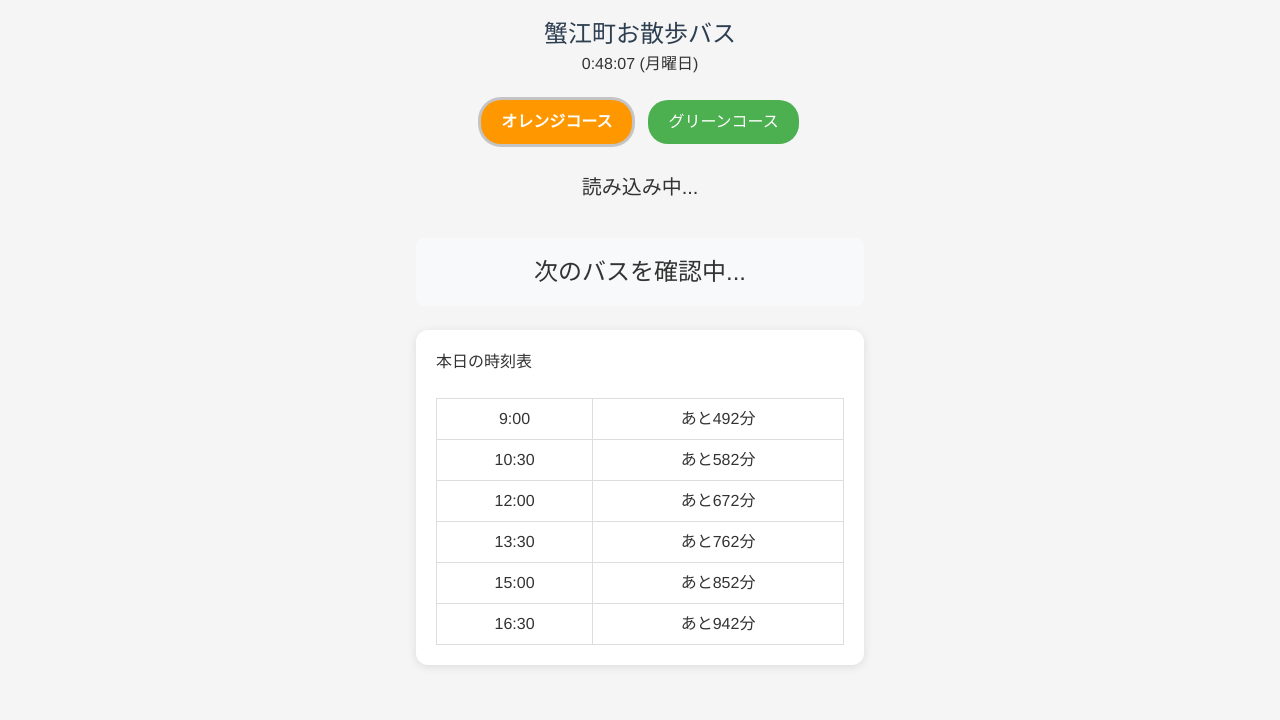
Repository: nagipan777/osanpobus-ver3
Page: / (app in nextjs-app/)
An editor plug-in stored every save of this project. The page is shown before and after the next save, followed by the edit.
The browser window is 1280 px wide. The pictures show the whole page.
The page's requests for data from a server got no answer. The project was rebuilt for these pictures with package versions that can differ from the ones it lists, and the page was loaded fresh each time. The framework's server and built-in components were replaced by stand-ins that run in the browser. No one was signed in, and anything a server would have sent is missing. Also part of the build but not shown: nextjs-app/next.config.ts.

Above is the page before, as saved 2025-03-10 16:07:24.

After the next save:
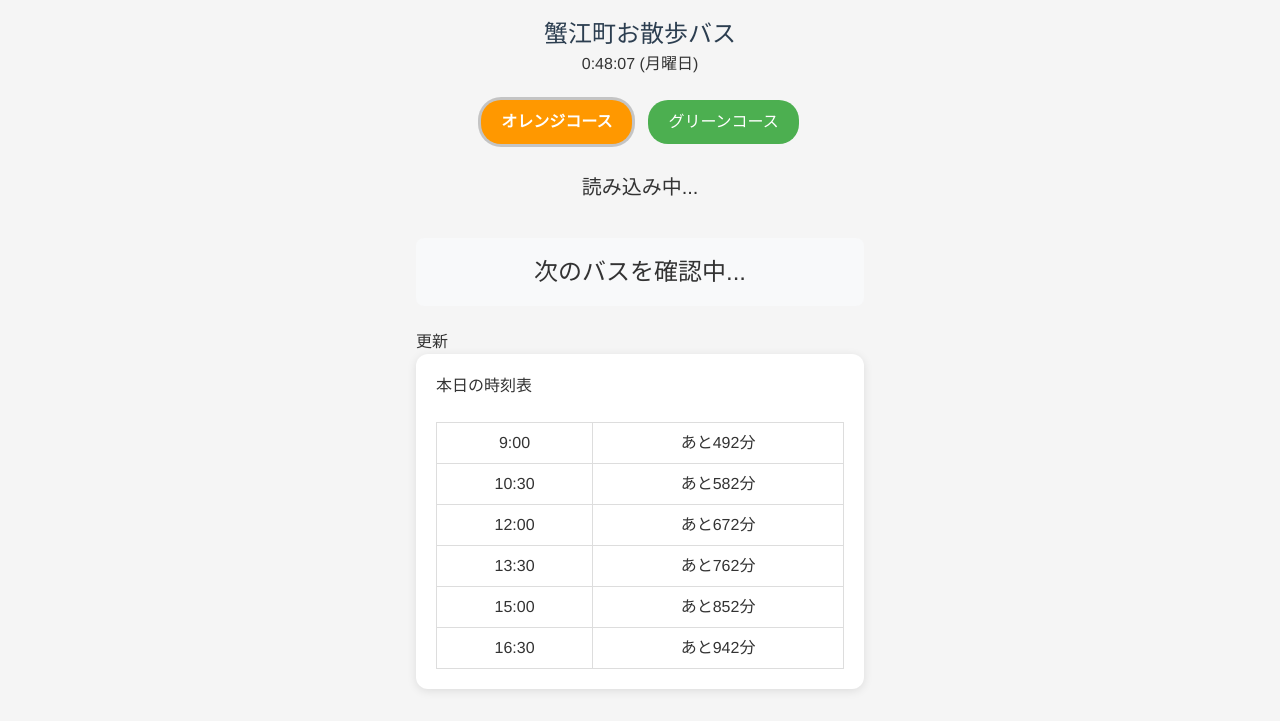
Saved 7 s later.
--- a/nextjs-app/app/components/StatusDisplay.tsx
+++ b/nextjs-app/app/components/StatusDisplay.tsx
@@ -4,9 +4,10 @@ interface StatusDisplayProps {
   operatingStatus: string;
   nextBusDeparture: string | null;
   minutesToNextBus: number | null;
+  onUpdate: () => void;
 }
 
-const StatusDisplay: React.FC<StatusDisplayProps> = ({ operatingStatus, nextBusDeparture, minutesToNextBus }) => {
+const StatusDisplay: React.FC<StatusDisplayProps> = ({ operatingStatus, nextBusDeparture, minutesToNextBus, onUpdate }) => {
   let statusText = '';
   let nextBusText = '';
 
@@ -32,6 +33,7 @@ const StatusDisplay: React.FC<StatusDisplayProps> = ({ operatingStatus, nextBusD
     <div id="status-container">
       <div className={`status ${operatingStatus}`}>{statusText}</div>
       <div className="next-bus" id="next-bus-display">{nextBusText}</div>
+      <button onClick={onUpdate}>更新</button>
     </div>
   );
 };
